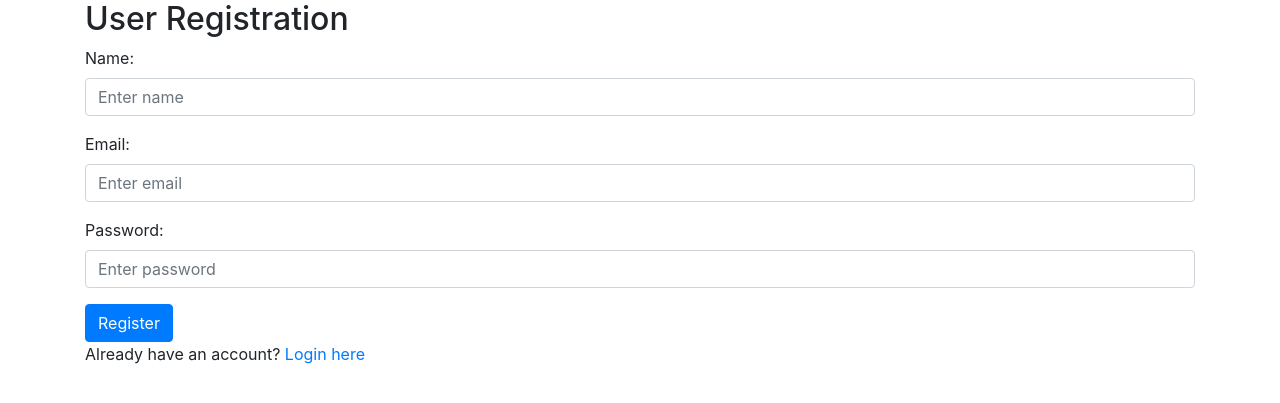
Repository: LPiotr/pythonflask
Page: http://localhost/register
An editor plug-in stored every save of this project. The page is shown before and after the next save, followed by the edit.
The browser window is 1280 px wide. The pictures show the whole page.
The page is served by the project's application, run on Flask 3 (app.py).

Above is the page before, as saved 2023-07-01 22:46:37.

### templates/register.html
<html>

<head>
    <meta charset="utf-8">
    <meta name="viewport" content="width=device-width, initial-scale=1">
    <title>User Registeration Form</title>
    <link rel="stylesheet" href="https://cdn.jsdelivr.net/npm/bootstrap@4.6.1/dist/css/bootstrap.min.css">
</head>

<body>
    <div class="container">
        <h2>User Registration</h2>
        <form action="{{ url_for('register') }}" method="post">
            {% if mesage is defined and mesage %}
            <div class="alert alert-warning">{{ mesage }}</div>
            {% endif %}
            <div class="form-group">
                <label for="name">Name:</label>
                <input type="text" class="form-control" id="name" name="name" placeholder="Enter name" name="name">
            </div>
            <div class="form-group">
                <label for="email">Email:</label>
                <input type="email" class="form-control" id="email" name="email" placeholder="Enter email" name="email">
            </div>
            <div class="form-group">
                <label for="pwd">Password:</label>
                <input type="password" class="form-control" id="password" name="password" placeholder="Enter password"
                    name="pswd">
            </div>
            <button type="submit" class="btn btn-primary">Register</button>
            <p class="bottom">Already have an account? <a class="bottom" href="{{url_for('login')}}"> Login here</a></p>
        </form>
    </div>
</body>

</html>

### app.py
from flask import Flask, render_template, request, redirect, url_for, session
from flask_mysqldb import MySQL
import MySQLdb.cursors
import re


app = Flask(__name__)


app.secret_key = 'xyzsdfg'

app.config['MYSQL_HOST'] = 'localhost'
app.config['MYSQL_USER'] = 'root'
app.config['MYSQL_PASSWORD'] = ''
app.config['MYSQL_DB'] = 'flask'

mysql = MySQL(app)

@app.route('/')
@app.route('/login', methods =['GET', 'POST'])
def login():
    mesage = ''
    if request.method == 'POST' and 'email' in request.form and 'password' in request.form:
        email = request.form['email']
        password = request.form['password']
        cursor = mysql.connection.cursor(MySQLdb.cursors.DictCursor)
        cursor.execute('SELECT * FROM users WHERE email = % s AND password = % s', (email, password, ))
        user = cursor.fetchone()
        if user:
            session['loggedin'] = True
            session['userid'] = user['userid']
            session['name'] = user['name']
            session['email'] = user['email']
            mesage = 'Zalogowano pomyślnie !'
            return render_template('user.html', mesage = mesage)
        else:
            mesage = 'Proszę wprowadż poprawny email lub hasło !'
    return render_template('login.html', mesage = mesage)

@app.route('/logout')
def logout():
    session.pop('loggedin', None)
    session.pop('userid', None)
    session.pop('email', None)
    return redirect(url_for('login'))

@app.route('/register', methods =['GET', 'POST'])
def register():
    mesage = ''
    if request.method == 'POST' and 'name' in request.form and 'password' in request.form and 'email' in request.form :
        userName = request.form['name']
        password = request.form['password']
        email = request.form['email']
        cursor = mysql.connection.cursor(MySQLdb.cursors.DictCursor)
        cursor.execute('SELECT * FROM users WHERE email = % s', (email, ))
        account = cursor.fetchone()
        if account:
            mesage = 'Konto z podanym adresem {} istnieje w bazie !'.format(email)
        elif not re.match(r'[^@]+@[^@]+\.[^@]+', email):
            mesage = 'Nieprawidłowy adres email !'
        elif not userName or not password or not email:
            mesage = 'Proszę wypełnić formularz !'
        else:
            cursor.execute('INSERT INTO users VALUES (NULL, % s, % s, % s)', (userName, password, email ))
            mysql.connection.commit()
            mesage = 'Pomyślnie zarejestrowano nowego użytkownika {}!'.format(userName)
    elif request.method == 'POST':
        mesage = 'Proszę wypełnić formularz !'
    return render_template('register.html', mesage = mesage)

if __name__ == "__main__":
    app.run()

After the next save:
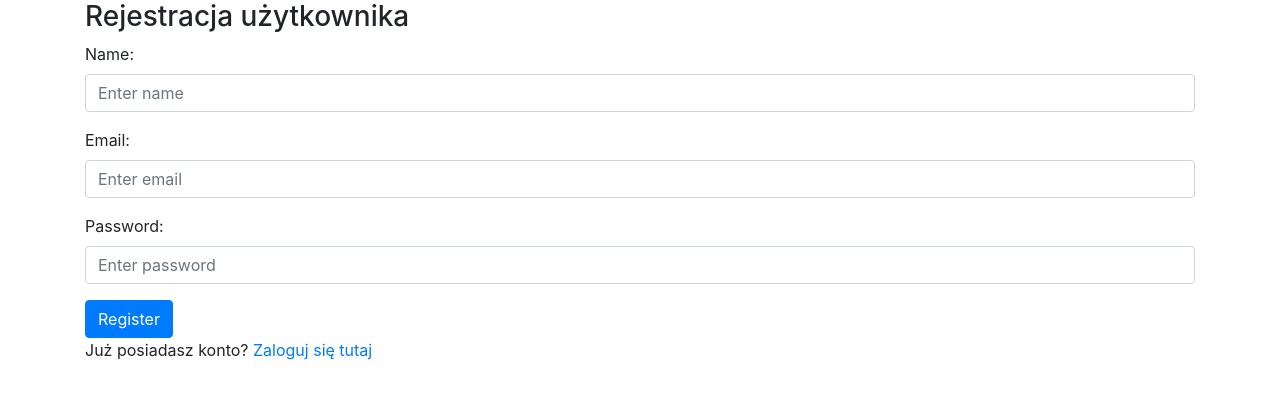
Saved 7 min 42 s later.
--- a/templates/register.html
+++ b/templates/register.html
@@ -3,13 +3,13 @@
 <head>
     <meta charset="utf-8">
     <meta name="viewport" content="width=device-width, initial-scale=1">
-    <title>User Registeration Form</title>
+    <title>Formularz rejestracyjny</title>
     <link rel="stylesheet" href="https://cdn.jsdelivr.net/npm/bootstrap@4.6.1/dist/css/bootstrap.min.css">
 </head>
 
 <body>
     <div class="container">
-        <h2>User Registration</h2>
+        <h3>Rejestracja użytkownika</h3>
         <form action="{{ url_for('register') }}" method="post">
             {% if mesage is defined and mesage %}
             <div class="alert alert-warning">{{ mesage }}</div>
@@ -28,7 +28,7 @@
                     name="pswd">
             </div>
             <button type="submit" class="btn btn-primary">Register</button>
-            <p class="bottom">Already have an account? <a class="bottom" href="{{url_for('login')}}"> Login here</a></p>
+            <p class="bottom">Już posiadasz konto? <a class="bottom" href="{{url_for('login')}}"> Zaloguj się tutaj</a></p>
         </form>
     </div>
 </body>
